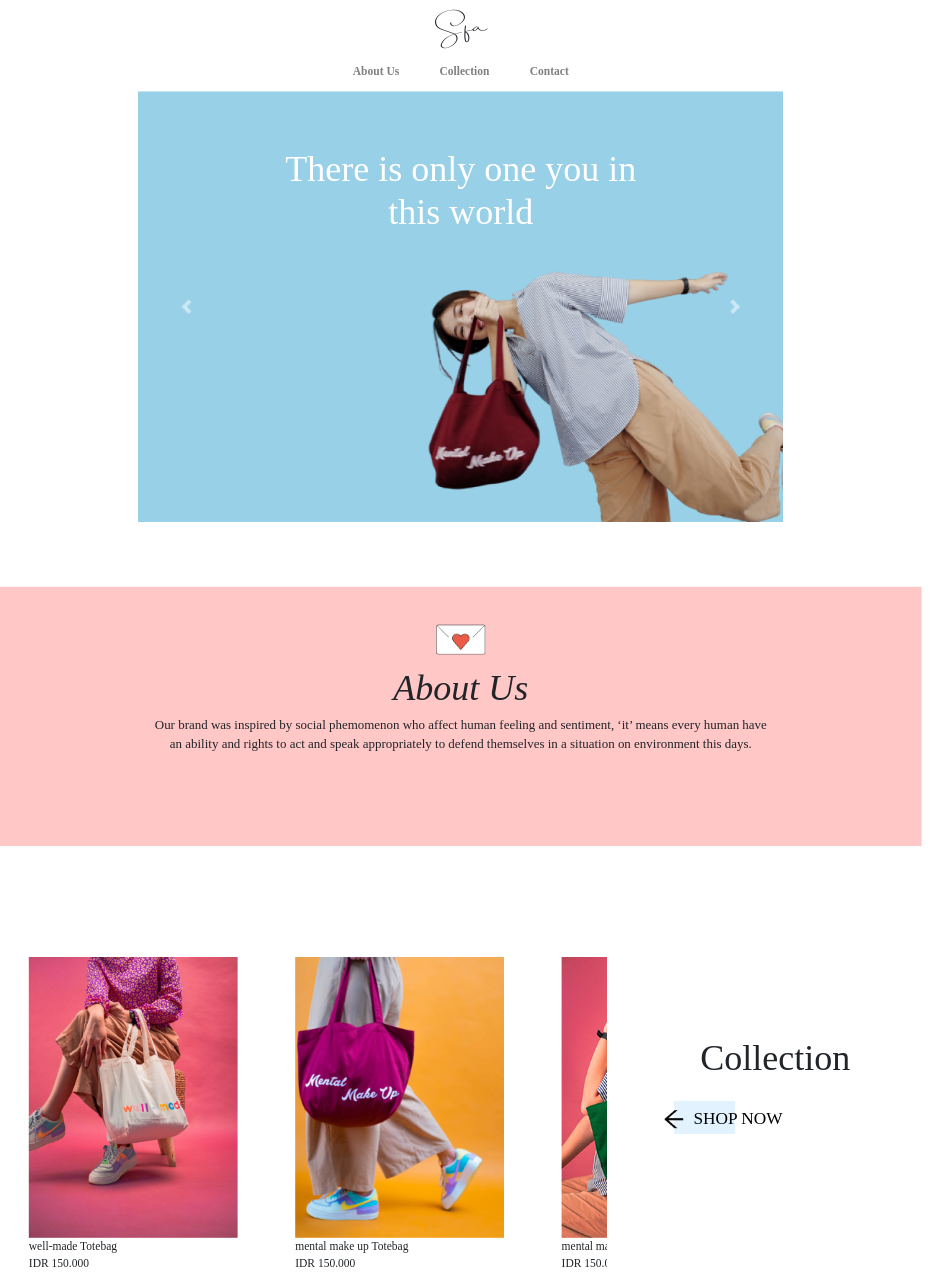
Repository: bismowibi/savoir
Page: index.html
The author's editor kept a copy of each file at every save. The page is drawn from the files as they stood at one save, then again after a run of saves.
The browser window is 1280 px wide. The page is 1295 px wide, so the pictures cover 1295 px, including what lies to the right of the window. The pictures show the whole page, at 72% of full size.
Some web libraries are served in a nearby version.

Above is the page before, as saved 2020-04-04 03:28:36.

After the next 3 saves:
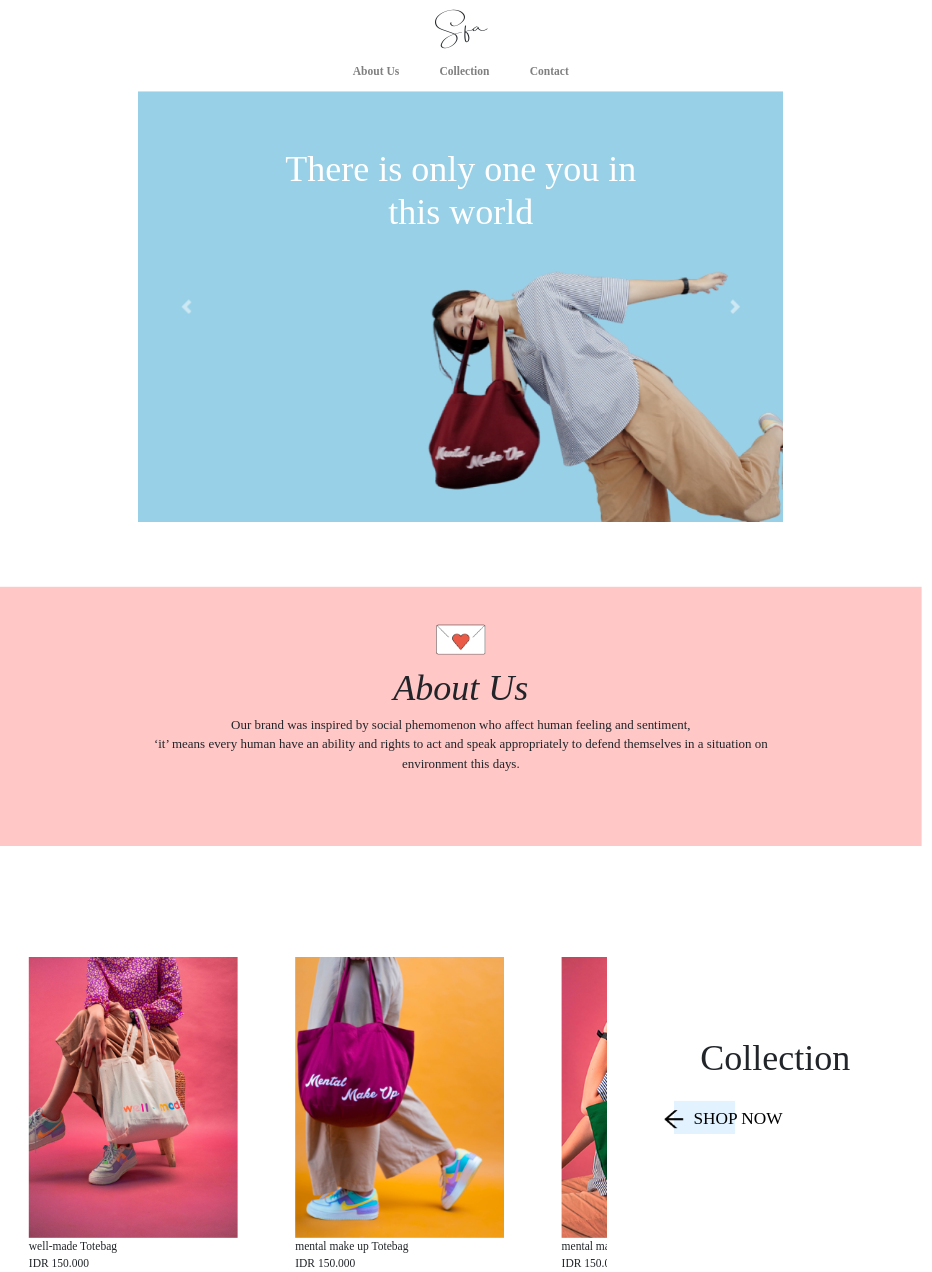
The 3 saves are shown as one change because they came seconds apart.
The last was saved 57 s later.
--- a/index.html
+++ b/index.html
@@ -129,7 +129,7 @@
         </div>
         <div class="col-lg-12 text-center">
           <h2>About Us</h2>
-          <p class="">Our brand was inspired by social phemomenon who affect human feeling and sentiment, ‘it’ means every human have an ability and rights to act and speak appropriately to defend themselves in a situation on environment this days. </p>
+          <p class="">Our brand was inspired by social phemomenon who affect human feeling and sentiment, <br>‘it’ means every human have an ability and rights to act and speak appropriately to defend themselves in a situation on environment this days. </p>
         </div>
       </div>
     </div>
